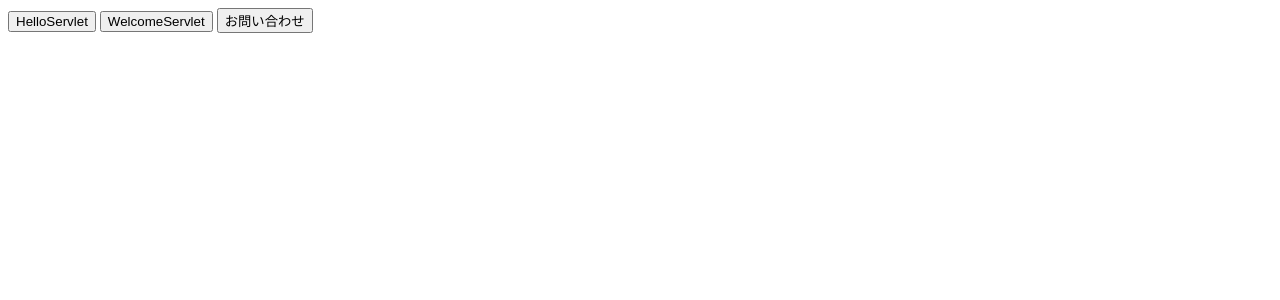
Repository: ryuhei0204/test
Page: http://localhost/HelloServlet/
These files come from the project's save history. The page is drawn as it stood at one moment and after the next save; the edit follows.
The browser window is 1280 px wide. The pictures show the whole page.
The page is served by Tomcat 9.

Above is the page before, as saved 2019-04-23 01:19:29.

After the next save:
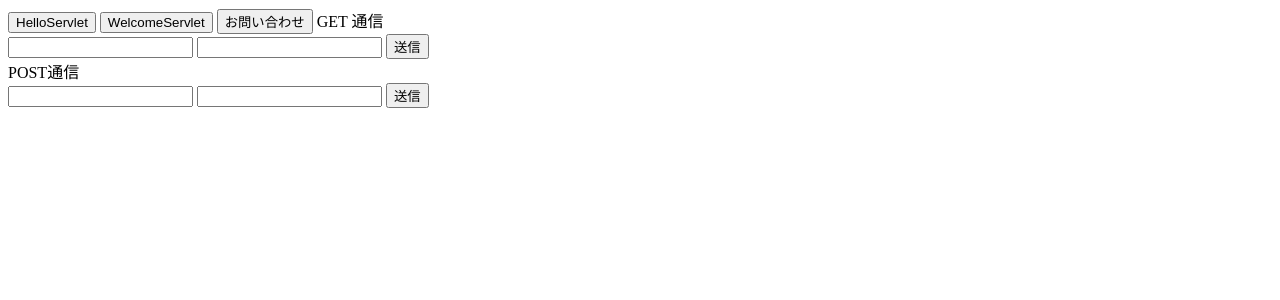
Saved 10 min 14 s later.
--- a/HelloServlet/WebContent/index.jsp
+++ b/HelloServlet/WebContent/index.jsp
@@ -10,6 +10,17 @@
 <input type="button" value="HelloServlet" onClick="location.href='HelloServlet'">
 <input type="button" value="WelcomeServlet" onClick="location.href='welcome.jsp'">
 <input type="button" value="お問い合わせ" onClick="location.href='inquiry.jsp'">
-
+GET 通信
+<form method="get" action="TestsServlet">
+<input type="text" name="username">
+<input type="password" name="password">
+<input type="submit" value="送信">
+</form>
+POST通信
+<form method="post" action="TestServlet">
+<input type="text" name="username">
+<input type="password" name="password">
+<input type="submit" value="送信">
+</form>
 </body>
 </html>
